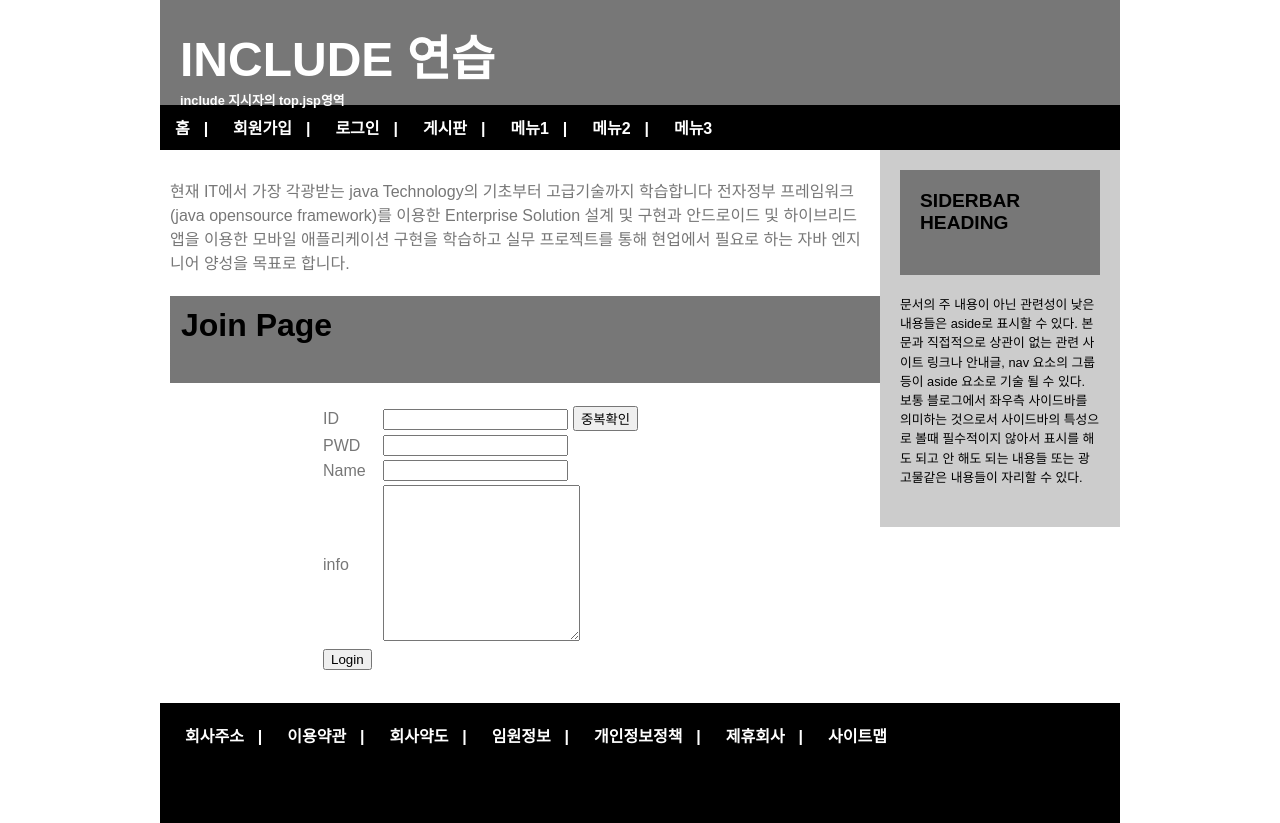
Repository: dev-sean/kosta
Page: http://localhost/jsp_1104/join.jsp
These files come from the project's save history. The page is drawn as it stood at one moment and after the next save; the edit follows.
The browser window is 1280 px wide. The pictures show the whole page.
Some web libraries are served in a nearby version. The page is served by Tomcat 9.

Above is the page before, as saved 2014-11-04 02:58:21.

After the next save:
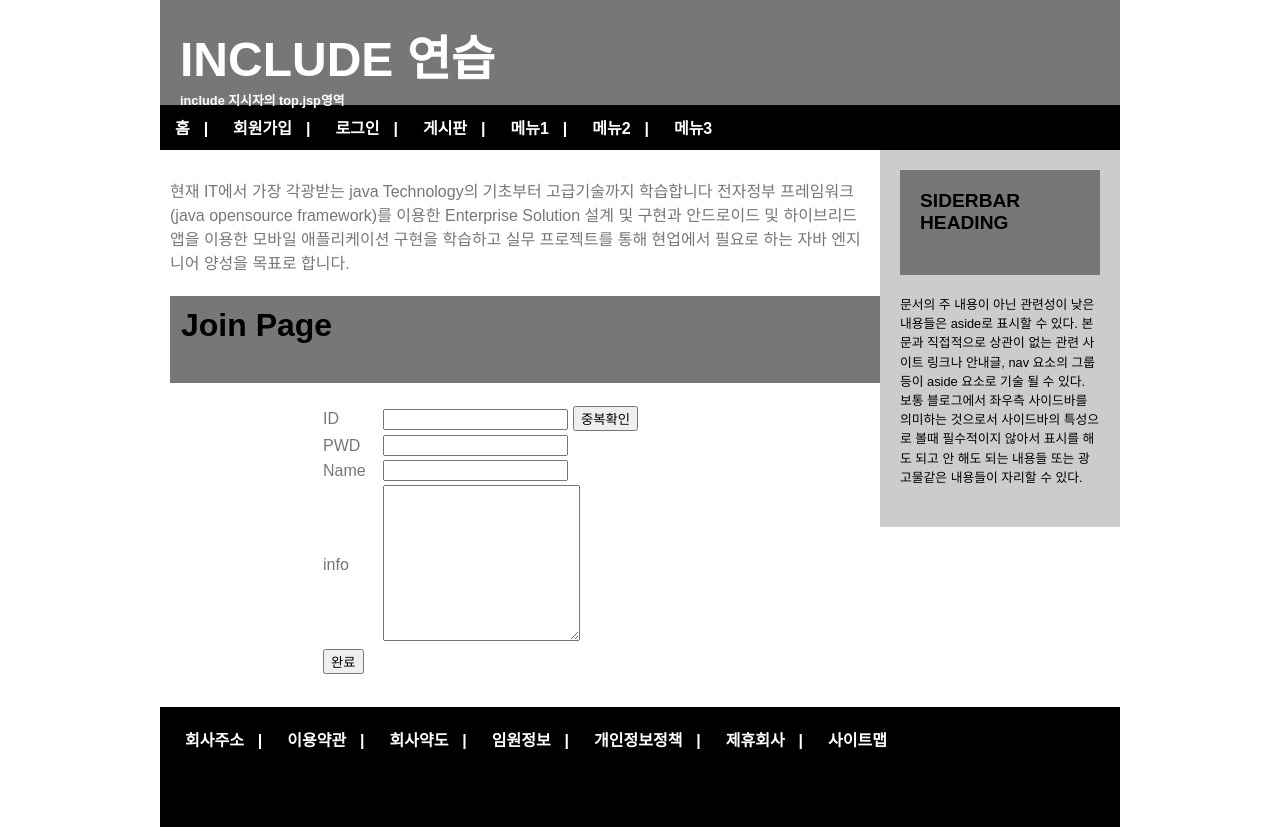
Saved 93 s later.
--- a/jsp/jsp_1104/WebContent/join.jsp
+++ b/jsp/jsp_1104/WebContent/join.jsp
@@ -32,7 +32,7 @@
 					<td><textarea rows="10" cols="22" name="info"></textarea>
 				</tr>
 				<tr>
-					<td colspan="2"><input type="submit" value="Login"></td>
+					<td colspan="2"><input type="submit" value="완료"></td>
 				</tr>
 			</table>
 		</form>
